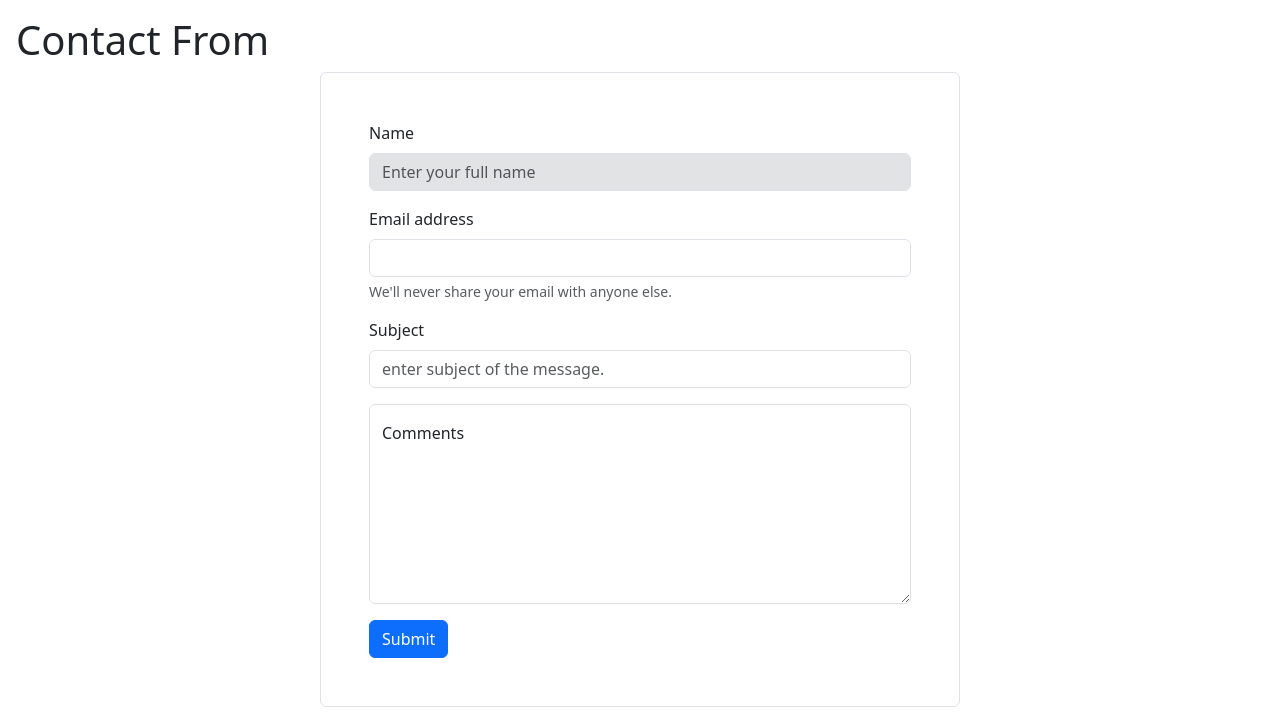
Repository: syni18/bootstrap_form
Page: index.html
The author's editor kept a copy of each file at every save. The page is drawn from the files as they stood at one save, then again after the next save.
The browser window is 1280 px wide. The pictures show the whole page.

Above is the page before, as saved 2023-10-26 15:41:09.

After the next save:
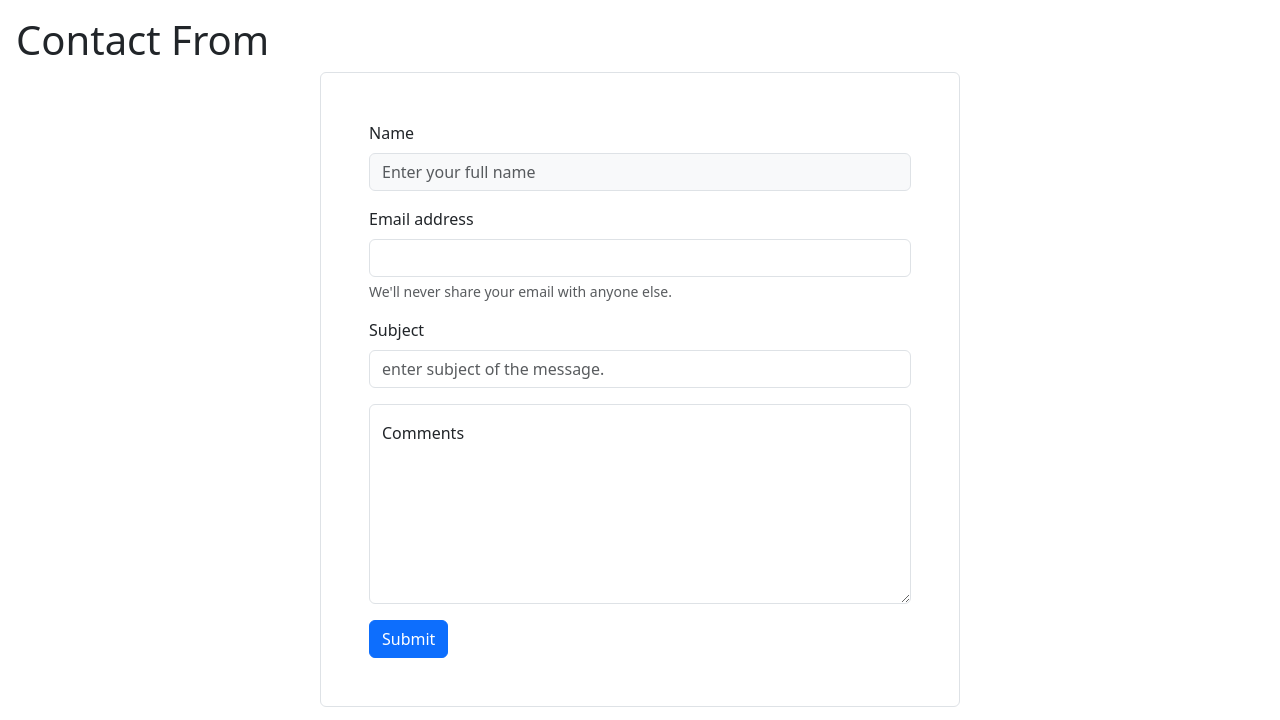
Saved 31 s later.
--- a/index.html
+++ b/index.html
@@ -11,7 +11,7 @@
     <form class="container w-50 border p-5 rounded">
   <div class="mb-3">
     <label for="exampleInputName1" class="form-label">Name</label>
-    <input type="name" class="form-control bg-secondary-subtle
+    <input type="name" class="form-control bg-body-tertiary
 " id="exampleInputName1" aria-describedby="NameHelp" placeholder="Enter your full name">
   </div>
   <div class="mb-3">
